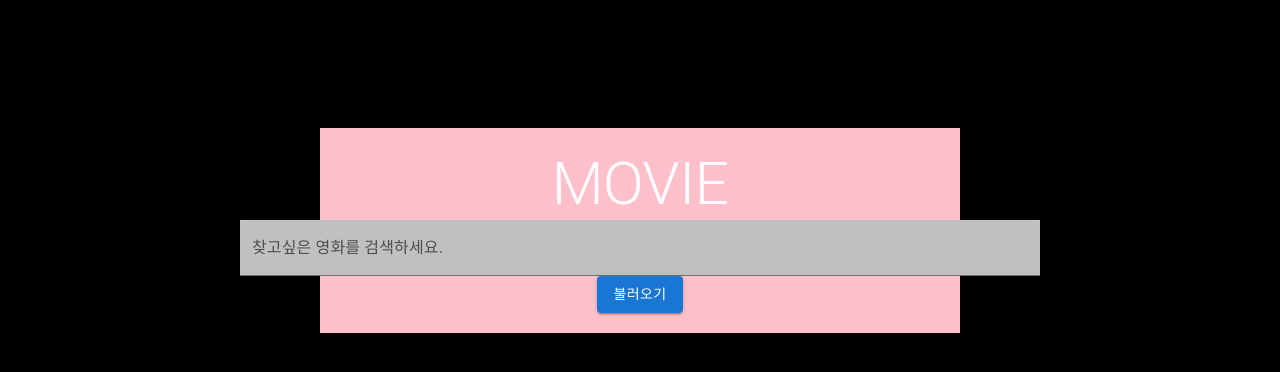
Repository: songjiwon17/movie
Page: /
These files come from the project's save history. The page is drawn as it stood at one moment and after the next save; the edit follows.
The browser window is 1280 px wide. The pictures show the whole page.
The page's requests for data from a server got no answer. The project was rebuilt for these pictures with package versions that can differ from the ones it lists, and the page was loaded fresh each time. No one was signed in, and anything a server would have sent is missing. Also part of the build but not shown: src/component/Login.js.

Above is the page before, as saved 2024-01-04 22:13:24.

After the next save:
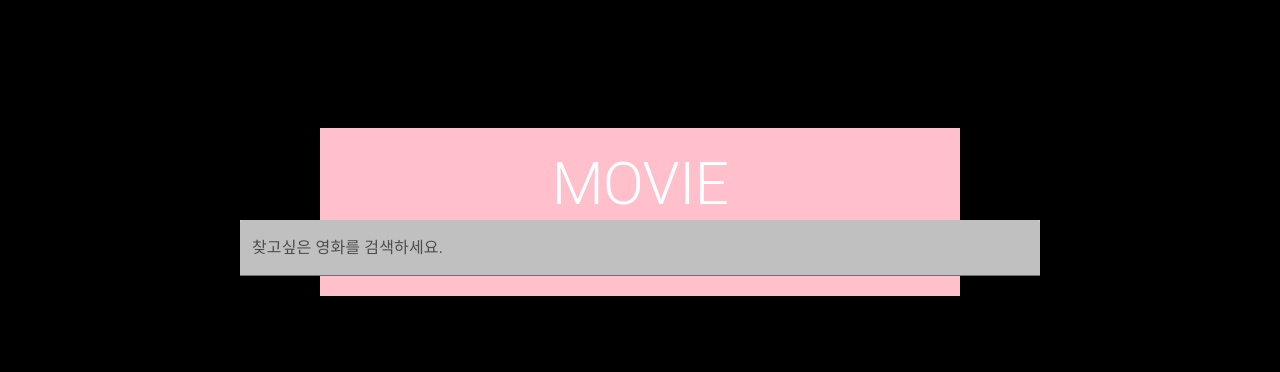
Saved 5 min 29 s later.
--- a/src/component/Home.js
+++ b/src/component/Home.js
@@ -2,22 +2,25 @@ import { getReviews } from '../api'
 import {Link} from 'react-router-dom';
 import Header from "./Header";
 import SearchForm from './SearchForm';
-import { useState } from 'react';
+import { useState, useEffect } from 'react';
 import * as React from 'react';
 import Button from '@mui/material/Button';
 
 function Home(){
     const [items, setItems] = useState([]);
 
-    const handleLoadClick = async ()=>{
+    const handleLoad = async ()=>{
         const {reviews} = await getReviews();
         setItems({reviews})
     }
+    useEffect(()=>{
+        handleLoad()
+    },[])
     return(
         <div className="home">
             <Link to='/'><Header/></Link>
             <SearchForm/>
-            <Button onClick={handleLoadClick} variant="contained">불러오기</Button>
+
         </div>
     )
 }
